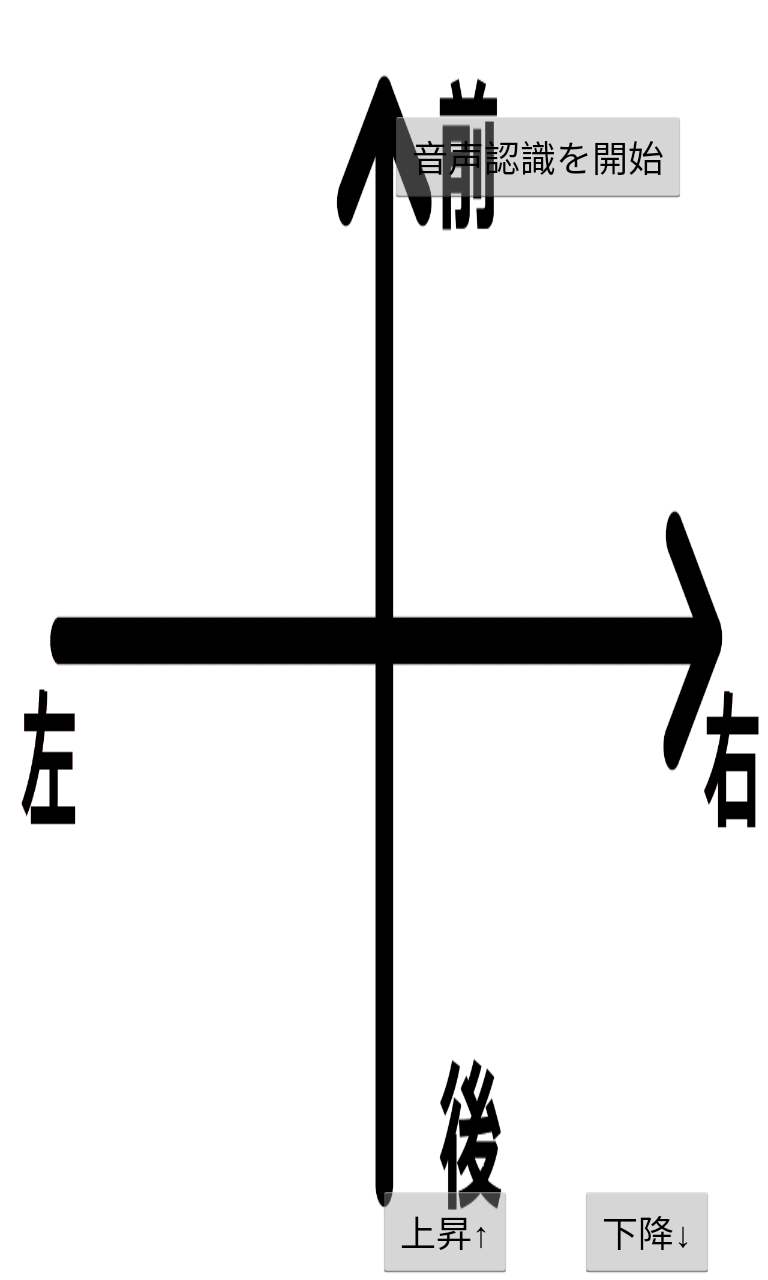
Repository: uinchester/sotuken
Layout: workspace/getCoordinate/res/layout/activity_main.xml
These files come from the project's save history. The layout is drawn as it stood at one moment and after the next save; the edit follows.
It is drawn on a 768 x 1280 px phone screen (xhdpi) without system bars, with theme AppTheme; the app's code is not run.

Above is the layout before, as saved 2013-10-01 09:19:29.

After the next save:
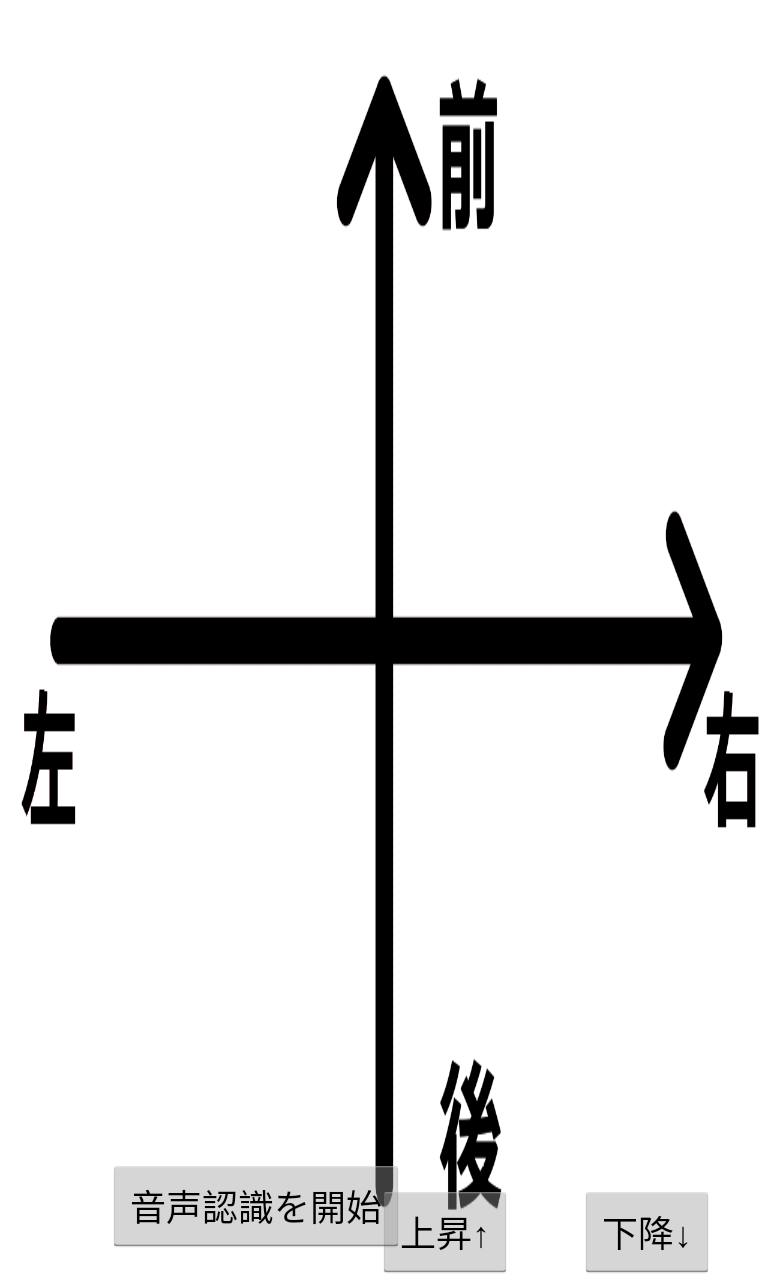
Saved 50 s later.
--- a/workspace/getCoordinate/res/layout/activity_main.xml
+++ b/workspace/getCoordinate/res/layout/activity_main.xml
@@ -47,10 +47,10 @@
         android:id="@+id/button"
         android:layout_width="wrap_content"
         android:layout_height="wrap_content"
-        android:layout_alignBaseline="@+id/text"
-        android:layout_alignBottom="@+id/text"
-        android:layout_alignRight="@+id/button2"
-        android:layout_marginRight="14dp"
+        android:layout_alignParentBottom="true"
+        android:layout_alignParentLeft="true"
+        android:layout_marginBottom="13dp"
+        android:layout_marginLeft="53dp"
         android:text="音声認識を開始" />
 
 </RelativeLayout>
